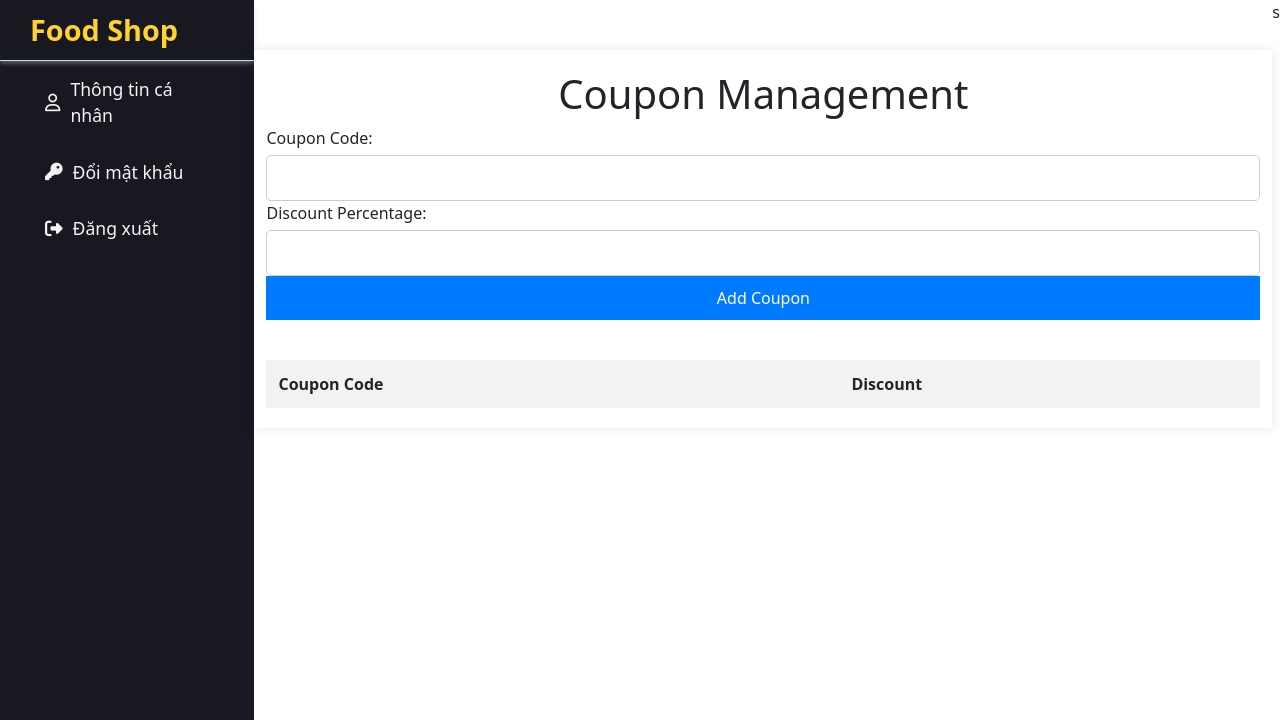
Repository: TuanAnhNguyen723/Restaurant-Projects
Page: http://localhost/discount/discount.php
These files come from the project's save history. The page is drawn as it stood at one moment and after the next save; the edit follows.
The browser window is 1280 px wide. The pictures show the whole page.
The page is run by PHP 8.4 with error messages shown; the project is at /var/www/html/.

Above is the page before, as saved 2024-06-12 00:51:06.

After the next save:
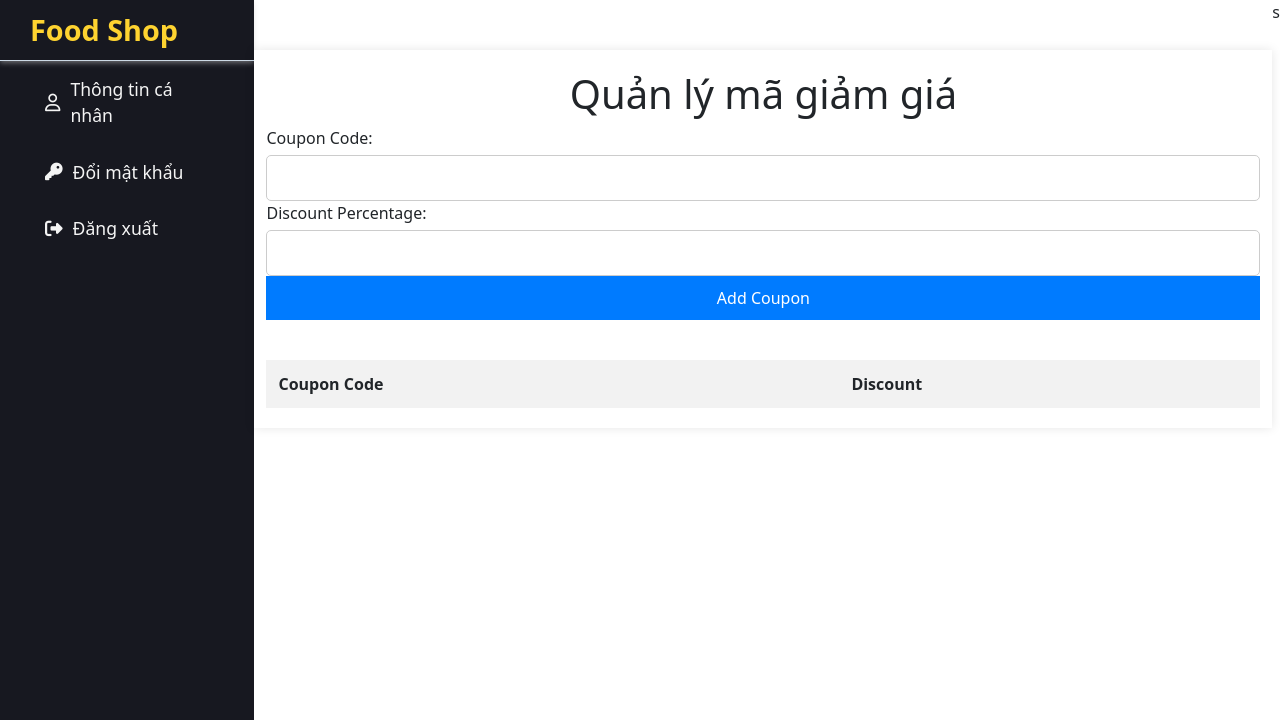
Saved 37 s later.
--- a/discount/discount.php
+++ b/discount/discount.php
@@ -67,7 +67,7 @@
 
     <main class="main-dashboard">
     <div class="container">
-        <h1>Coupon Management</h1>
+        <h1>Quản lý mã giảm giá</h1>
         <div class="form-container">
             <form id="couponForm">
                 <label for="code">Coupon Code:</label>
